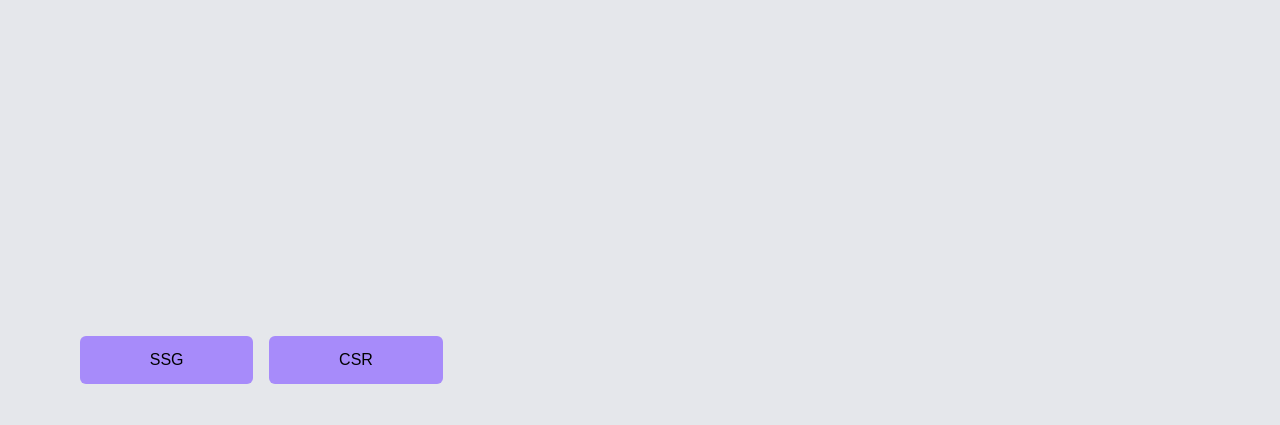
Repository: Marcus20119/Study_nextjs
Page: /
An editor plug-in stored every save of this project. The page is shown before and after the next save, followed by the edit.
The browser window is 1280 px wide. The pictures show the whole page.
The project was rebuilt for these pictures with package versions that can differ from the ones it lists, and the page was loaded fresh each time. The framework's server and built-in components were replaced by stand-ins that run in the browser. Also part of the build but not shown: next.config.js.

Above is the page before, as saved 2023-04-06 11:43:18.

### pages/index.tsx
import Head from 'next/head';
import Image from 'next/image';
import { Inter } from 'next/font/google';
import styles from '@/styles/Home.module.css';
import Link from 'next/link';

const inter = Inter({ subsets: ['latin'] });

const tabsData: {
  path: string;
  name: string;
}[] = [
  {
    path: '/SSG',
    name: 'SSG',
  },
  {
    path: '/CSR',
    name: 'CSR',
  },
];

export default function Home() {
  return (
    <>
      <div
        className="w-full flex justify-center items-center p-20"
        style={{
          height: '100vh',
          maxHeight: '-webkit-fill-available',
        }}
      >
        <div className="w-full grid grid-cols-6 gap-4">
          {tabsData.map(tab => (
            <button
              key={tab.path}
              className="flex justify-center items-center bg-violet-400 py-3 rounded-md"
            >
              <Link href={tab.path}>{tab.name}</Link>
            </button>
          ))}
        </div>
      </div>
    </>
  );
}

### styles/globals.css
@tailwind base;
@tailwind components;
@tailwind utilities;

body {
  font-family: 'Epilogue', sans-serif;
  -webkit-font-smoothing: antialiased;
  -moz-osx-font-smoothing: grayscale;
  -webkit-tap-highlight-color: transparent;
  background-color: #e5e7eb;
}
body::-webkit-scrollbar {
  width: 14px;
  height: 14px;
  background-color: transparent;
}

body::-webkit-scrollbar-thumb {
  border-radius: 10px;
  background-color: #a9a9a9aa;
  -webkit-background-clip: padding-box; /* for Safari */
  background-clip: padding-box;
}

input,
textarea {
  outline: none;
}
* {
  margin: 0;
  padding: 0;
  -webkit-tap-highlight-color: transparent;
  box-sizing: border-box;
  scroll-behavior: smooth !important;
  /* transition-property: all;
  transition-timing-function: cubic-bezier(0.4, 0, 0.2, 1);
  transition-duration: 150ms; */
}
a {
  text-decoration: none !important;
}
li {
  list-style: none;
}
select {
  -webkit-appearance: none;
  -moz-appearance: none;
  outline: none;
}
td {
  vertical-align: middle;
  height: 44.8px;
}

Loaded but not shown: pages/_app.tsx (common file); pages/_document.tsx (common file); tailwind.config.js (common file)

After the next save:
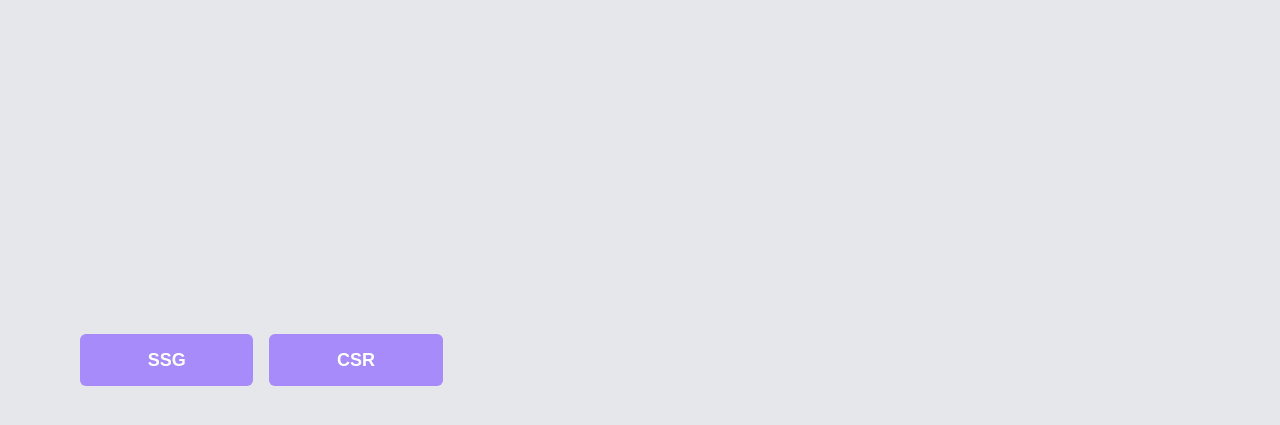
Saved 21 s later.
--- a/pages/index.tsx
+++ b/pages/index.tsx
@@ -34,7 +34,7 @@ export default function Home() {
           {tabsData.map(tab => (
             <button
               key={tab.path}
-              className="flex justify-center items-center bg-violet-400 py-3 rounded-md"
+              className="flex justify-center items-center bg-violet-400 py-3 rounded-md text-white text-lg font-bold"
             >
               <Link href={tab.path}>{tab.name}</Link>
             </button>
